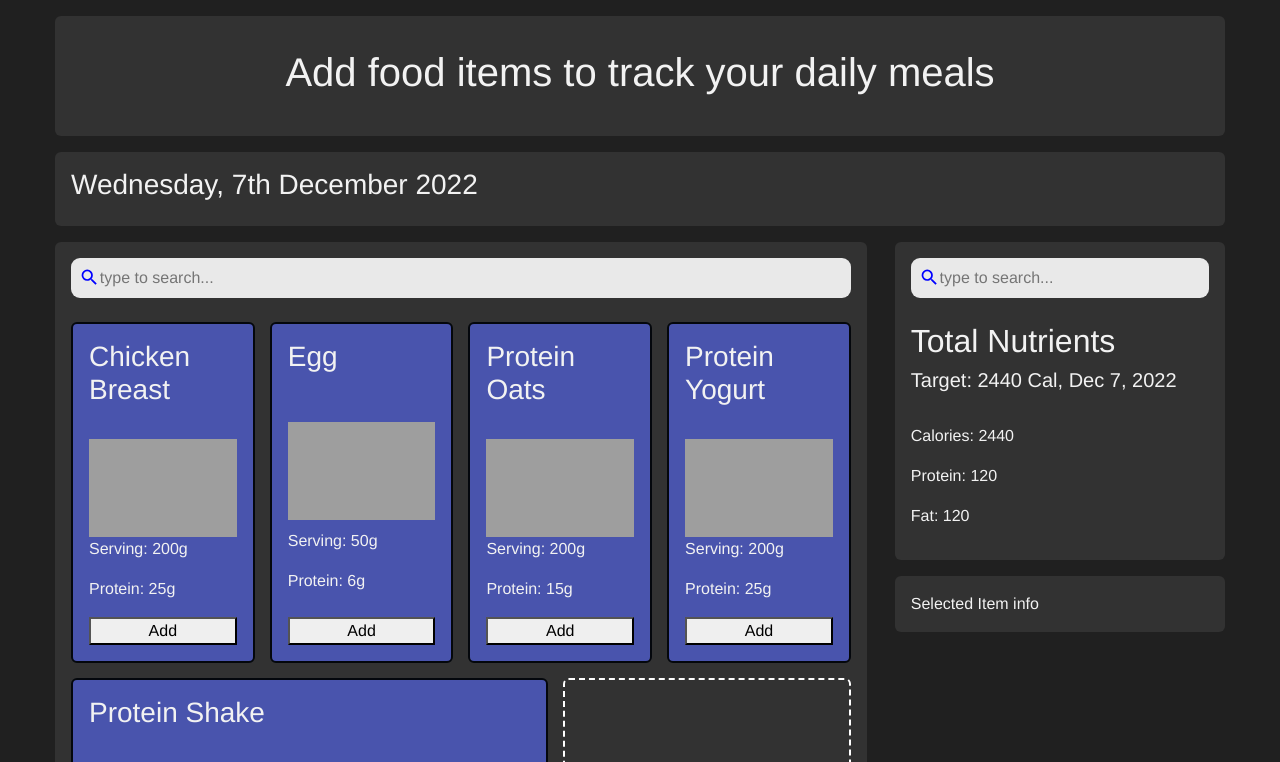
Repository: CEEPREL/NutritionTracker
Page: /
The author's editor kept a copy of each file at every save. The page is drawn from the files as they stood at one save, then again after a run of saves.
The browser window is 1280 px wide. The pictures show the part of the page from y = 0 to 762 px (the page is 1214 px tall before and 1074 px after).
Pictures or frames that could not be fetched are drawn as grey boxes. The project was rebuilt for these pictures with package versions that can differ from the ones it lists, and the page was loaded fresh each time. Also part of the build but not shown: vite.config.js.

Above is the page before, as saved 2022-12-08 19:05:12.

After the next 2 saves:
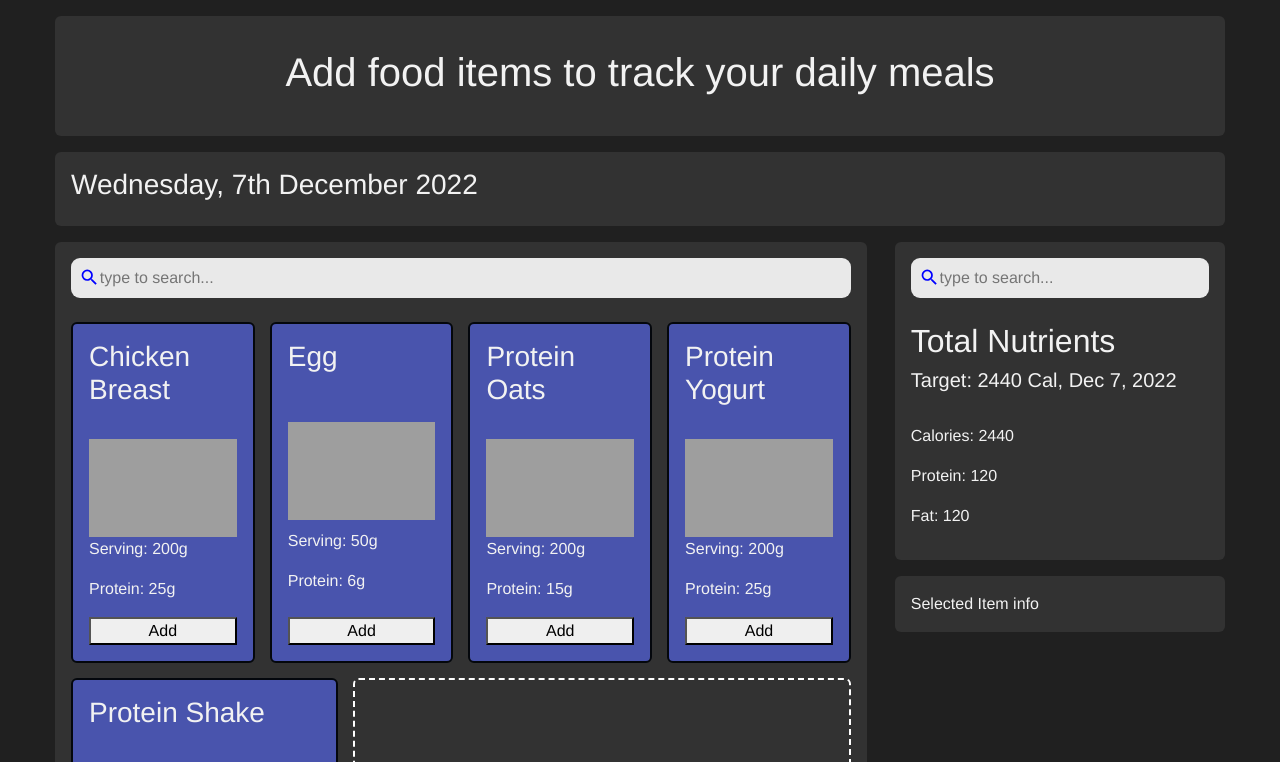
The 2 saves are shown as one change because they came seconds apart.
The last was saved 7 s later.
--- a/src/App.css
+++ b/src/App.css
@@ -83,7 +83,7 @@ body {
   flex-direction: column;
   align-items: left;
   justify-content: space-between;
-  flex: 2;
+  flex: 0.5;
   cursor: pointer;
 
 }
